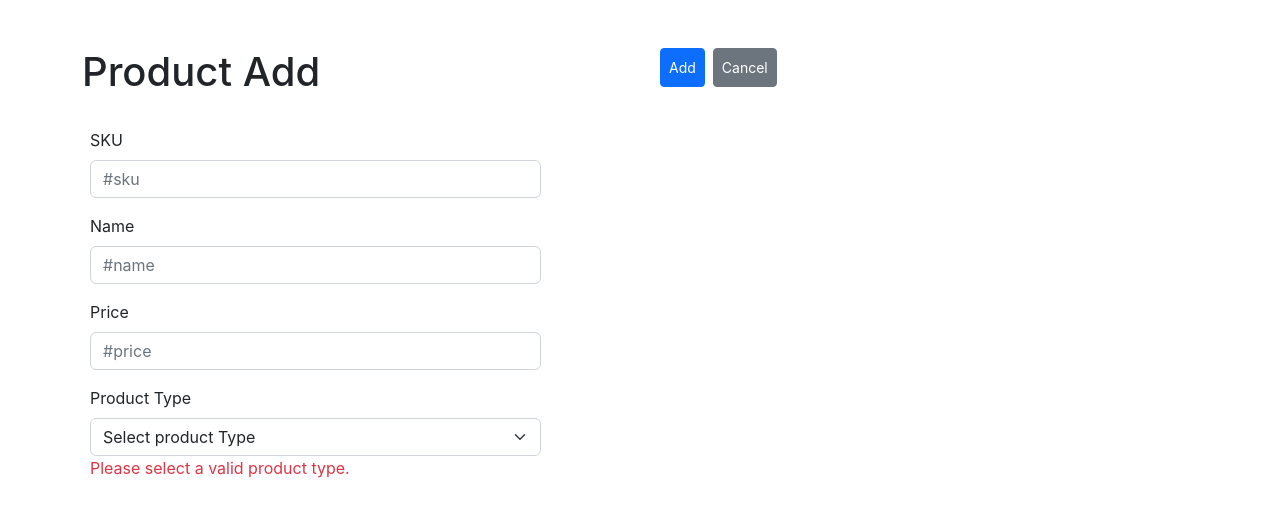
Repository: MagdyAbouelnasr/scandiweb_project
Page: /addproduct
An editor plug-in stored every save of this project. The page is shown before and after the next save, followed by the edit.
The browser window is 1280 px wide. The pictures show the whole page.
The project was rebuilt for these pictures with package versions that can differ from the ones it lists, and the page was loaded fresh each time. Also part of the build but not shown: src/App.css, src/components/Product/Product-style.scss, src/components/Product/Product.css, src/components/Pages/ProductList.jsx, src/components/ProductAdd/Book.component.jsx, src/components/ProductAdd/DVD.component.jsx, src/components/ProductAdd/Furniture.component.jsx, src/App.jsx.

Above is the page before, as saved 2023-05-09 01:17:22.

After the next save:
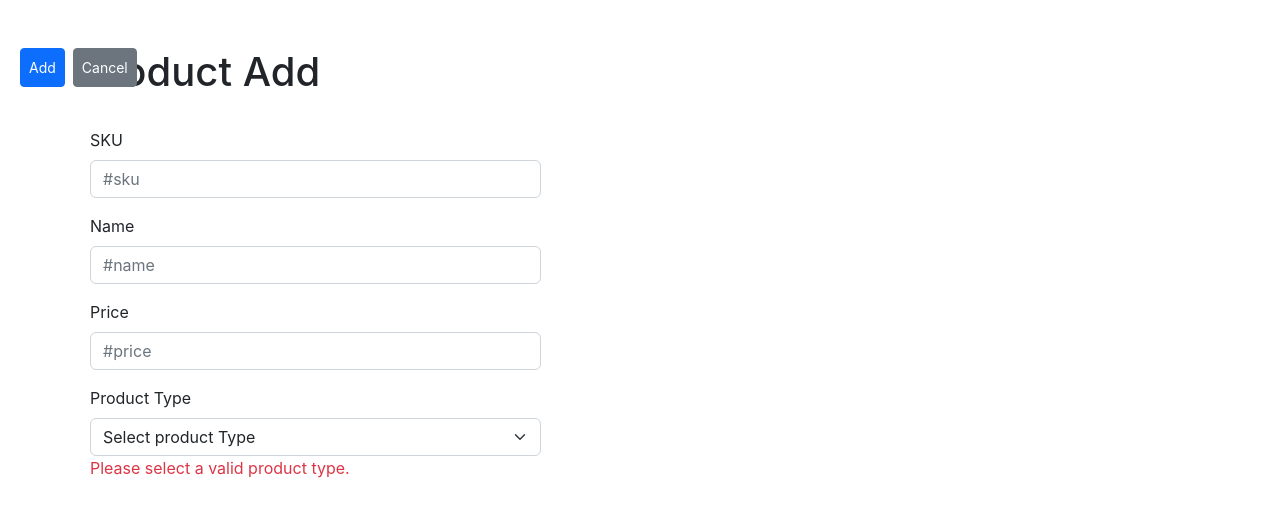
Saved 6 s later.
--- a/src/components/Pages/ProductAdd.jsx
+++ b/src/components/Pages/ProductAdd.jsx
@@ -127,7 +127,7 @@ function ProductAdd() {
       <div className="container  mt-5">
         <div className="row">
           <h1 className="page-header text-header col-md-8 text-start ">Product Add</h1>
-          <div className="col-4 float-end position-absolute start-50">
+          <div className="col-4 float-end position-absolute start-0">
             <Button type="submit" className="p-2 ms-2" variant="primary" size="sm">
               Add
             </Button>
